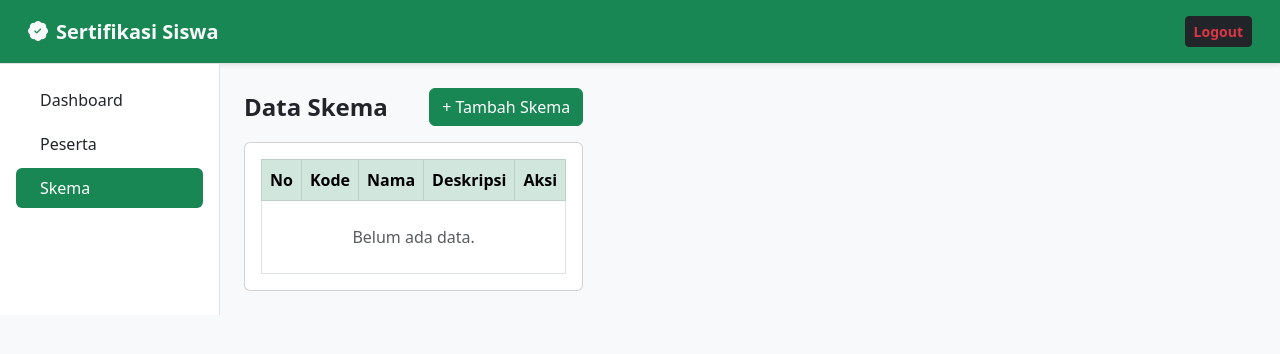
Repository: Zaki-Blip/USK_Project
Page: http://localhost/skema
An editor plug-in stored every save of this project. The page is shown before and after the next save, followed by the edit.
The browser window is 1280 px wide. The pictures show the whole page.
The page is served by the project's Laravel application, run on PHP 8.4 with Laravel 12. A made-up administrator, Test User (test@example.com), is signed in. Other server files are loaded and not shown. Queries for data that is not in the repository find no rows.

Above is the page before, as saved 2026-10-13 23:06:24.

### routes/web.php
<?php

use Illuminate\Support\Facades\Route;
use App\Http\Controllers\AuthController;
use App\Http\Controllers\DashboardController;
use App\Http\Controllers\PesertaController;
use App\Http\Controllers\SkemaController;

// Halaman Awal (publik)
Route::view('/', 'halamanAwal')->name('halamanAwal');

// Area Guest (belum login)
Route::middleware('guest')->group(function () {
    Route::get('/login', [AuthController::class, 'showLogin'])->name('login');
    Route::post('/login', [AuthController::class, 'login']);

    Route::get('/register', [AuthController::class, 'showRegister'])->name('register');
    Route::post('/register', [AuthController::class, 'register']);
});

// Area Terproteksi (sudah login)
Route::middleware('auth')->group(function () {
    Route::post('/logout', [AuthController::class, 'logout'])->name('logout');
    Route::get('/dashboard', [DashboardController::class, 'index'])->name('dashboard');

    // Khusus admin
    Route::middleware('role:admin')->group(function () {
        Route::resource('peserta', PesertaController::class)
            ->parameters(['peserta' => 'peserta'])
            ->only(['destroy']);

        Route::resource('skema', SkemaController::class);
    });

    // Admin & user (pembatasan data dilakukan di controller)
    Route::resource('peserta', PesertaController::class)
        ->parameters(['peserta' => 'peserta'])
        ->only(['index', 'show', 'create', 'store', 'edit', 'update']);
});

### app/Models/User.php
<?php

namespace App\Models;

// use Illuminate\Contracts\Auth\MustVerifyEmail;
use App\Models\Peserta;
//use Database\Factories\UserFactory;
use Illuminate\Database\Eloquent\Attributes\Fillable;
use Illuminate\Database\Eloquent\Attributes\Hidden;
use Illuminate\Database\Eloquent\Factories\HasFactory;
use Illuminate\Foundation\Auth\User as Authenticatable;
use Illuminate\Notifications\Notifiable;

#[Fillable(['name', 'email', 'password','role'])]
#[Hidden(['password', 'remember_token'])]
class User extends Authenticatable
{
    /** @use HasFactory<UserFactory> */
    use HasFactory, Notifiable;

    /**
     * Get the attributes that should be cast.
     *
     * @return array<string, string>
     */
    protected function casts(): array
    {
        return [
            'email_verified_at' => 'datetime',
            'password' => 'hashed',
        ];
    }
    public function isAdmin(): bool
{
    return $this->role === 'admin';
}
    public function peserta()
{
    return $this->hasOne(Peserta::class);
}
}

### app/Http/Controllers/SkemaController.php
<?php

namespace App\Http\Controllers;

use App\Models\Skema;
use Illuminate\Http\Request;
use Illuminate\Routing\Controllers\HasMiddleware;
use Illuminate\Routing\Controllers\Middleware;

class SkemaController extends Controller implements HasMiddleware
{
    // Semua method selain index & show hanya untuk admin
    public static function middleware(): array
    {
        return [
            new Middleware('role:admin', except: ['index', 'show']),
        ];
    }

    // Admin & user: lihat daftar skema
    public function index()
    {
        $skemas = Skema::orderBy('nama_skema')->get();

        return view('skema.index', compact('skemas'));
    }

    // Admin & user: lihat detail skema
    public function show(Skema $skema)
    {
        return view('skema.show', compact('skema'));
    }

    public function create()
    {
        return view('skema.create');
    }

    public function store(Request $request)
    {
        $validated = $request->validate([
            'kode_skema' => ['required', 'max:20', 'regex:/^[A-Z]{2,6}-[A-Z0-9]{2,6}-?[0-9]{0,4}$/', 'unique:skemas,kode_skema'],
            'nama_skema' => ['required', 'max:150', 'regex:/^[a-zA-Z0-9\s\.\-\/]+$/'],
            'deskripsi'  => ['nullable', 'string', 'max:500'],
        ], [
            'kode_skema.required' => 'Kode skema wajib diisi.',
            'kode_skema.regex'    => 'Format kode: JWD-2026 atau SKM-WEB-01.',
            'kode_skema.unique'   => 'Kode skema sudah dipakai.',
            'nama_skema.required' => 'Nama skema wajib diisi.',
            'nama_skema.regex'    => 'Nama hanya boleh huruf, angka, dan simbol dasar.',
            'deskripsi.max'       => 'Deskripsi maksimal 500 karakter.',
        ]);

        Skema::create($validated);
        return redirect()->route('skema.index')->with('sukses', 'Skema berhasil ditambahkan.');
    }

    public function edit(Skema $skema)
    {
        return view('skema.edit', compact('skema'));
    }

    public function update(Request $request, Skema $skema)
    {
        $validated = $request->validate([
            'kode_skema' => ['required', 'max:20','regex:/^[A-Z]{2,6}-[A-Z0-9]{2,6}-?[0-9]{0,4}$/', 'unique:skemas,kode_skema,' . $skema->id],
            'nama_skema' => ['required', 'max:150', 'regex:/^[a-zA-Z0-9\s\.\-\/]+$/'],
            'deskripsi'  => ['nullable', 'string', 'max:500'],
        ], [
            'kode_skema.required' => 'Kode skema wajib diisi.',
            'kode_skema.unique'   => 'Kode skema sudah dipakai.',
            'nama_skema.required' => 'Nama skema wajib diisi.',
            'nama_skema.regex'    => 'Nama hanya boleh huruf, angka, dan simbol dasar.',
            'deskripsi.max'       => 'Deskripsi maksimal 500 karakter.',
        ]);

        $skema->update($validated);
        return redirect()->route('skema.index')->with('sukses', 'Skema berhasil diperbarui.');
    }

    public function destroy(Skema $skema)
    {
        // Cek apakah masih dipakai peserta
        if ($skema->pesertas()->count() > 0) {
            return redirect()->route('skema.index')
                ->with('error', 'Skema tidak bisa dihapus karena masih dipakai peserta.');
        }

        $skema->delete();
        return redirect()->route('skema.index')->with('sukses', 'Skema berhasil dihapus.');
    }
}

### app/Models/Skema.php
<?php

namespace App\Models;

use Illuminate\Database\Eloquent\Model;

class Skema extends Model
{
    protected $table = 'skemas'; // ← tambahkan

    protected $fillable = ['kode_skema', 'nama_skema', 'deskripsi'];

    public function pesertas()
    {
        return $this->hasMany(Peserta::class, 'skema_id');
    }
}

### resources/views/skema/index.blade.php
@extends('layouts.app')
@section('content')

<div class="d-flex justify-content-between align-items-center mb-3">
    <h4 class="fw-bold mb-0">Data Skema</h4>
    <a href="{{ route('skema.create') }}" class="btn btn-success">+ Tambah Skema</a>
</div>

<div class="card p-3">
    <div class="table-responsive">
        <table class="table table-bordered table-hover align-middle mb-0">
            <thead class="table-success">
                <tr>
                    <th>No</th>
                    <th>Kode</th>
                    <th>Nama</th>
                    <th>Deskripsi</th>
                    <th class="text-center">Aksi</th>
                </tr>
            </thead>
            <tbody>
            @forelse($skemas as $i => $s)
                <tr>
                    <td>{{ $loop->iteration }}</td>
                    <td><span class="badge bg-success">{{ $s->kode_skema }}</span></td>
                    <td class="fw-bold">{{ $s->nama_skema }}</td>
                    <td><small class="text-muted">{{ \Str::limit($s->deskripsi, 50) ?: '-' }}</small></td>
                    <td class="text-center">
                        <a href="{{ route('skema.show', $s) }}" class="btn btn-sm btn-info text-white"><i class="bi bi-eye"></i></a>
                        <a href="{{ route('skema.edit', $s) }}" class="btn btn-sm btn-warning"><i class="bi bi-pencil"></i></a>
                        <form action="{{ route('skema.destroy', $s) }}" method="POST" class="d-inline"
                              onsubmit="return confirm('Hapus data ini?')">@csrf @method('DELETE')
                            <button class="btn btn-sm btn-danger"><i class="bi bi-trash"></i></button>
                        </form>
                    </td>
                </tr>
            @empty
                <tr><td colspan="6" class="text-center text-muted py-4">Belum ada data.</td></tr>
            @endforelse
            </tbody>
        </table>
    </div>


</div>

@endsection

### resources/views/layouts/app.blade.php
<!DOCTYPE html>
<html lang="id">
<head>
    <meta charset="UTF-8">
    <meta name="viewport" content="width=device-width, initial-scale=1">
    <title>@yield('title', 'Web Sertifikasi')</title>
    <link href="https://cdn.jsdelivr.net/npm/bootstrap@5.3.0/dist/css/bootstrap.min.css" rel="stylesheet">
    <link href="https://cdn.jsdelivr.net/npm/bootstrap-icons@1.11.0/font/bootstrap-icons.css" rel="stylesheet">
</head>
<body class="bg-light min-vh-100">

    {{-- Topbar --}}
    <div class="border-bottom bg-success p-3 shadow-sm">
        <div class="container-fluid d-flex justify-content-between align-items-center">
            <span class="fw-bold text-light fs-5">
                <i class="bi bi-patch-check-fill me-2"></i>Sertifikasi Siswa
            </span>
            <form method="POST" action="{{ route('logout') }}">
                @csrf
                <button class="btn btn-sm btn-dark fw-bold text-danger">Logout</button>
            </form>
        </div>
    </div>

    <div class="d-flex flex-column flex-md-row">

        {{-- Sidebar --}}
        <aside class="bg-white border-end p-3" style="min-width: 220px;">
            <nav class="nav nav-pills flex-column gap-1">

                <a href="{{ route('dashboard') }}"
                   class="nav-link {{ request()->routeIs('dashboard') ? 'active bg-success' : 'text-dark' }}">
                    <i class="bi me-2"></i>Dashboard
                </a>
                @if(auth()->user()->isAdmin())
                    <a href="{{ route('peserta.index') }}"
                    class="nav-link {{ request()->routeIs('peserta.*') ? 'active bg-success' : 'text-dark' }}">
                        <i class="bi me-2"></i>Peserta
                    </a>

                    <a href="{{ route('skema.index') }}"
                    class="nav-link {{ request()->routeIs('skema.*') ? 'active bg-success' : 'text-dark' }}">
                        <i class="bi me-2"></i>Skema
                    </a>
                @else
                    @if(auth()->user()->peserta)
                        <a href="{{ route('peserta.show', auth()->user()->peserta) }}"
                        class="nav-link {{ request()->routeIs('peserta.show') ? 'active bg-success' : 'text-dark' }}">
                            <i class="bi me-2"></i>Data Saya
                        </a>
                    @else
                        <a href="{{ route('peserta.create') }}"
                        class="nav-link {{ request()->routeIs('peserta.create') ? 'active bg-success' : 'text-dark' }}">
                            <i class="bi me-2"></i>Isi Biodata
                        </a>
                    @endif
                @endif

            </nav>
        </aside>

        {{-- Isi Content --}}
        <main class="flex-1 p-4" style="min-width: 0;">
            <div class="mx-auto" style="max-width: 1000px;">
                @if(session('sukses'))
                    <div class="alert alert-success">{{ session('sukses') }}</div>
                @endif
                @if(session('error'))
                    <div class="alert alert-danger">{{ session('error') }}</div>
                @endif
               @if($errors->any())
                    <div class="alert alert-danger">
                        <ul class="mb-0 ps-3">
                            @foreach($errors->all() as $pesan)
                                <li>{{ $pesan }}</li>
                            @endforeach
                        </ul>
                    </div>
                @endif
                @yield('content')
            </div>
        </main>
    </div>

    <script src="https://cdn.jsdelivr.net/npm/bootstrap@5.3.0/dist/js/bootstrap.bundle.min.js"></script>
</body>
</html>

Loaded but not shown: app/Http/Controllers/Controller.php (common file)

After the next save:
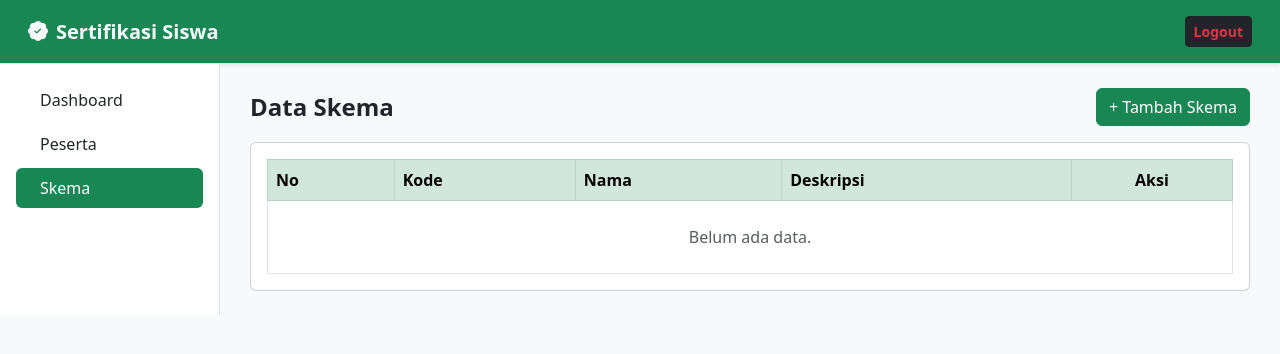
Saved 104 s later.
--- a/resources/views/layouts/app.blade.php
+++ b/resources/views/layouts/app.blade.php
@@ -60,7 +60,7 @@
         </aside>
 
         {{-- Isi Content --}}
-        <main class="flex-1 p-4" style="min-width: 0;">
+        <main class="flex-grow-1 p-4" style="min-width: 0;">
             <div class="mx-auto" style="max-width: 1000px;">
                 @if(session('sukses'))
                     <div class="alert alert-success">{{ session('sukses') }}</div>
